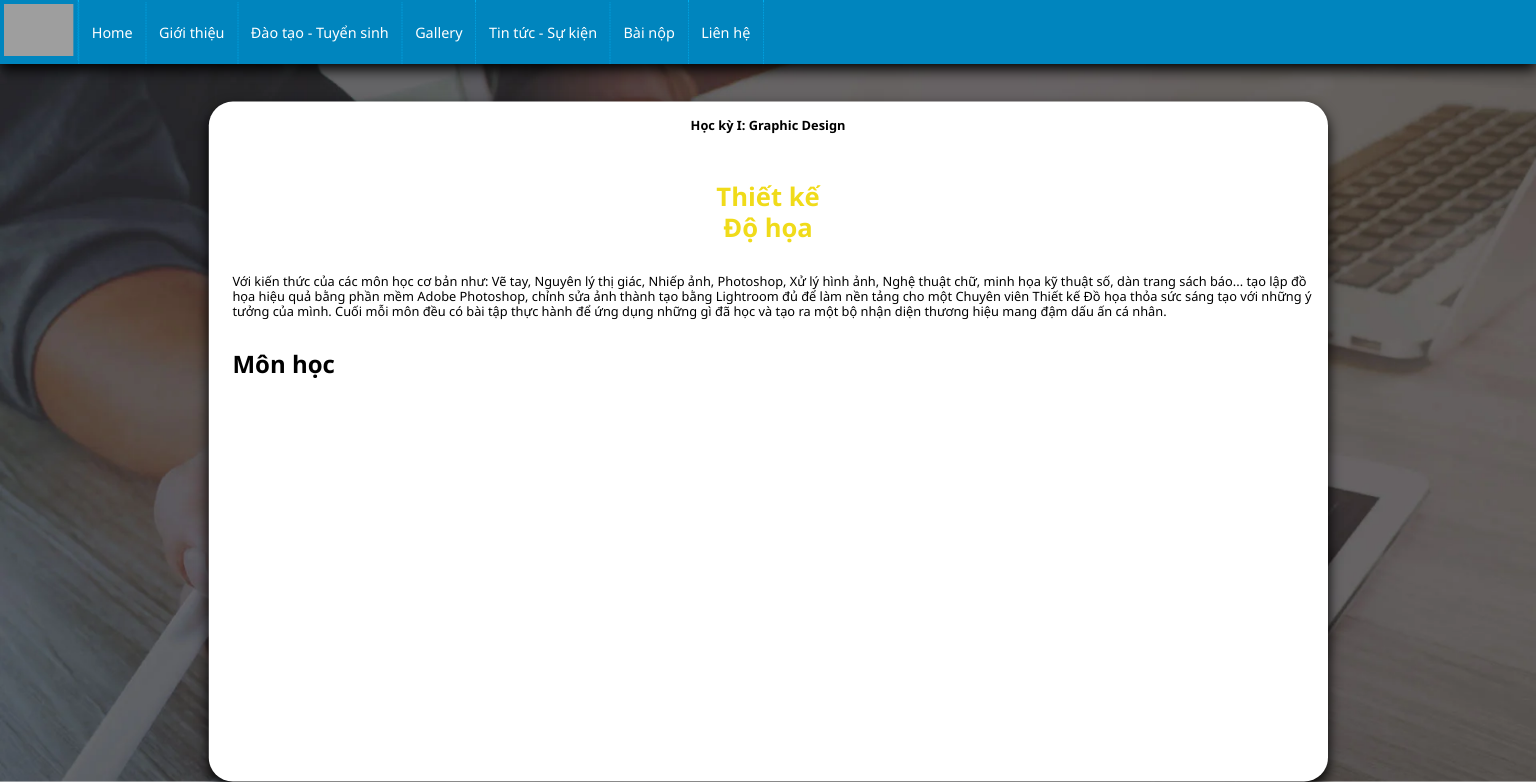
Repository: arena-dttan/dcw-final-exam-d2107m1
Page: final-list/DCW_Final_5_Nguyen-Thi-Thu-Huong_D2107M1/chuong-trinh-dao-tao.html
These files come from the project's save history. The page is drawn as it stood at one moment and after the next save; the edit follows.
The browser window is 1280 px wide. The page is 1920 px wide, so the pictures cover 1920 px, including what lies to the right of the window. The pictures show the whole page, at 80% of full size.
Pictures or frames that could not be fetched are drawn as grey boxes.

Above is the page before, as saved 2022-06-26 19:59:46.

### final-list/DCW_Final_5_Nguyen-Thi-Thu-Huong_D2107M1/chuong-trinh-dao-tao.html
<!DOCTYPE html>
<html>
<head>
    <meta charset="UTF-8">
    <link rel="stylesheet" href="index.css">
    <link rel="icon" href="./images/favicon.ico" />

</head>
<head>
    <!-- Các meta (siêu dữ liệu) -->
    <meta http-equiv="Content-Type" content="text/html; charset=utf-8" />

    <!-- Tiêu đề hiển thị trên thanh địa chỉ trình duyệt -->
    <title>Chương trình đào tạo</title>

    <!-- icon trên thanh địa chỉ trình duyệt -->
    <link rel="icon" href="./images/favicon.ico" />

    <!-- Sử dụng font google -->
    <link rel="preconnect" href="https://fonts.googleapis.com">
    <link rel="preconnect" href="https://fonts.gstatic.com" crossorigin>
    <link href="https://fonts.googleapis.com/css2?family=Roboto:wght@100&display=swap" rel="stylesheet">

    <!-- external css -->
    <link rel="stylesheet" href="./css/style.css">
    <link rel="stylesheet" href="./css/menu.css">
    <link rel="stylesheet" href="./index.css">

</head>
<body id="container">


    <div id="main-menu">
        <ul class="menu">
            <li ><img style="height: 65px; margin: 5px;;" src="images/logo.webp" alt="logo"> </li>
            <li class="home">
            <a href="./index.html"> Home</a>
            </li>
            <li>
            <a href="./gioi-thieu.html"> Giới thiệu</a>
            </li>
            <li class="dropdown">
            <a class="dropdown-btn"> Đào tạo - Tuyển sinh</a>
            <div class="dropdown-content">
                <a href="./chuong-trinh-dao-tao.html">Đào tạo</a>
                <a href="./tuyen-sinh.html">Tuyển sinh</a>
            </div>
            <li>
                <a href="./gallery.html"> Gallery</a>
            </li>
            <li>
                <a href="./tin-tuc.html"> Tin tức - Sự kiện</a>
            </li>
            <li>
                <a href="./final-exam-list.html">Bài nộp</a>
            </li>

            <li>
                <a href="#">Liên hệ</a>
            </li>
            </li>
        </ul>
        <!-- id main content -->
        <div id="main-content-daotao">
            <div id="box-container"><b class="text-hocky">Học kỳ I: Graphic Design</b>
                <div class="content">
                    <h1 style="color:rgb(240, 219, 26);">Thiết kế <br>Độ họa</h1>
                    <br>
                    <br>
                        <p class="text"> Với kiến thức của các môn học cơ bản như: Vẽ tay, Nguyên lý thị giác, Nhiếp
                            ảnh, Photoshop, Xử lý hình ảnh, Nghệ thuật chữ, minh họa kỹ thuật số, dàn
                            trang sách báo... tạo lập đồ họa hiệu quả bằng phần mềm Adobe Photoshop,
                            chỉnh sửa ảnh thành tạo bằng Lightroom đủ để làm nền tảng cho một
                            Chuyên viên Thiết kế Đồ họa thỏa sức sáng tạo với những ý tưởng của mình.
                            Cuối mỗi môn đều có bài tập thực hành để ứng dụng những gì đã học và tạo
                            ra một bộ nhận diện thương hiệu mang đậm dấu ấn cá nhân.
                            <br>
                            <br>
                            <br>
                        </p>
                        <h3><b>Môn học</b></h3>

                    </div>
                </div>
            </div>

        </div>
    </div>
</body>
</body>
</html>

### final-list/DCW_Final_5_Nguyen-Thi-Thu-Huong_D2107M1/index.css
/* Sử dụng cho định dạng main menu */
body, html {
    height: 100%;
    width: 1920px;
    background-image: url('images/head-bg.webp'); width: 1920px; height: 100%; background-repeat: no-repeat;
    font-family: 'Segoe UI';

}
* {
    margin: 0;
    padding: 0;
    box-sizing: border-box;
    align-items: center;
}
body {
    position: absolute;
}
#container {
    width: 1920px;
    height: 100%;
    justify-content: center;
    margin: 0;
    padding: 0;
}
#main-menu {
    max-width: 1920px;
    height: 100px;
    margin: 0;
    padding: 0;
}
.menu {
    height: 80px;
    line-height: 80px;
    text-align: center;
    justify-content: center;
    display: inline-block;
}
ul {
    list-style-type: none;
    overflow: hidden;
    background-color: #0085be;
    width: 100%;
    box-shadow: 0 8px 16px 0 rgba(0, 0, 0, 2);
    display: inline-block;
}
.home {
    border-left: 0.01em dotted #00aeef;
}
li {
    float: left;
    border-right: 0.01em dotted #00aeef;
    font-size: 18px;
}

li.dropdown {
    display: inline-block;
    min-width: 100px;
}

li a:hover,
.dropdown:hover {
    background: #00aeef;
}

li a,
.dropdown-btn {
    display: inline-block;
    color: white;
    text-align: center;
    padding: 0 16px;
    text-decoration: none;
}
.dropdown-content {
    display: none;
    position: absolute;
    background: #F8C800;
    background: #0085be;
    min-width: 200px;
    border-bottom: 0.01em dotted #00aeef;
    box-shadow: 0 8px 16px 0 rgba(0, 0, 0, 2);
    z-index: 1;
    top: 80px;
    transition: all .3s ease-in-out;
}
.dropdown-content a {
    color: white;
    padding: 10px 16px;
    text-decoration: none;
    display: block;
    text-align: center;
    line-height: 2;
}
.dropdown-content a:hover {
    background: #00aeef;
}
.dropdown:hover .dropdown-content {
    display: block;
}

.text {
    margin-left: 40px;
    padding-top: 150px;
}
.button {

    font-size: 18px;
    font-weight: bold;
    width: 180px;
    height: 50px;
    background: #F8C800;
    border-radius: 40px;
    border-color: inherit;
    border-style: none;
    color: white;
    margin-top: 390px;
    margin-left: 70px;
    display: block;
    position: absolute;
}
#main-content {
    width: 1920px;
    height: 100%;
    margin: 0;
    padding: 0;
    display: inline-block;
    align-items: center;
    justify-content: center;

}
#box-container {
    background-color: rgb(255, 255, 255);
    box-shadow: 0 8px 16px 0 rgba(0, 0, 0, 2);
    margin-top: 43px;
    background-color: rgb(255, 255, 255);
    box-shadow: 0 8px 16px 0 rgb(0 0 0);
    width: 1399px;
    height: 850px;
    border-radius: 55px;
    margin-left: auto;
    margin-right: auto;
    border-radius: 30px;

}
.content {
    margin: 30px;
    padding-top: 30px;
}
h1 {
    text-align: center;
}
p {
    float: left;
    position: relative;
    width: 600px;
    height: 350px;
    margin-left: 285px;
    text-align: justify;
}
span {
    position: relative;
    left: 65px;
}
img {
    float: left;
}
.clear {
    clear: both;
}
.text2 p {
    float: left;
    position: relative;
    text-align: justify;
    margin-left: 0;
    width: 500px;
    height: 350px;
}
.text2 span {
    position: relative;
    float: left;
    text-align: justify;
}
.img2 {
    float: left;
    margin-left: 245px;
    margin-top: 0;
}
#main-content-daotao {
    width: 1920px;
    height: 100%;
    margin: 0;
    padding: 0;

}
p.text {
    text-align: left;
    width: 1350px;
    height: 100%;
    margin-left: 0;
    padding: 0;
    text-align: left;

}
b.text-hocky {
    padding-top: 20px;
    position: relative;
    text-align: center;
    display: inline-block;
}
h3 {
    text-align: left;
    width: 1350px;
    height: 100%;
    margin-left: 0;
    padding: 0;
    text-align: left;
    font-size: 30px;
}

ul.a {
    all: unset
}

### final-list/DCW_Final_5_Nguyen-Thi-Thu-Huong_D2107M1/css/style.css
html {
    box-sizing: border-box;
    width: 100%;
    height: 100%;
}

body {
    width: 100%;
    height: 100%;
    background: url("../images/head-bg.webp");
    font-size: 16px;
    font-family: 'Segoe UI', Tahoma, Geneva, Verdana, sans-serif;
    line-height: 1.2;
}

* {
    margin: 0;
    padding: 0;
}

*,
*:before,
*:after {
    box-sizing: border-box;
}

input,
textarea,
select,
button {
    outline: none;
}

input {
    line-height: normal;
}

label,
button {
    cursor: pointer;
}

a {
    text-decoration: none;
}

img {
    display: block;
    max-width: 100%;
}

#container {
    width: 100%;
    height: 100%;
    text-align: center;
}

#logo {
    float: left;
}

#logo img {
    width: 130px;
    padding: 10px;
}

#header {
    background: #0085be;
    box-shadow: 0 8px 16px 0 rgba(0, 0, 0, 2);
}

#banner img {
    height: 500px;
    width: 100%;
}

#content-index {
    margin: 100px 10px 10px 50px;
}

.btn {
    width: 150px;
    height: 40px;
    line-height: 40px;
    background: #F8C800;
    display: block;
    text-align: center;
    text-transform: uppercase;
    font-weight: bold;
    border-radius: 2em;
    -webkit-border-radius: 2em;
    -moz-border-radius: 2em;
    -ms-border-radius: 2em;
    -o-border-radius: 2em;
    margin: 20px 50px;
}

.btn a {
    color: white;
}

#main-content {
    background: none;
    min-height: 400px;
    margin: 40px;
}

#main-page {
    background: white;
    color: black;
    border: 1px solid blue;
    border-radius: 3em;
    width: 80%;
    min-height: 400px;
    padding: 20px;
    display: inline-block;
    box-sizing: border-box;
    margin-bottom: 40px;
}

.content img {
    width: 450px;
    height: 250px;
}

.text-uppercase {
    text-transform: uppercase;
}

.main-title {
    color: #F8C800;
    font-size: 30px;
    font-weight: 700 !important;
    margin: 30px 0;
}

.normal-list {
    list-style-type: disc;
    margin: 10px;
    padding: 10px;
    overflow: visible;
    background: none;
}

.normal-list li {
    clear: both;
}

h4 {
    text-align: left;
    font-size: 20px;
}

h3 {
    padding-bottom: 20px;
}

hr {
    margin: 10px 0;
}

p {
    text-align: justify;
}

### final-list/DCW_Final_5_Nguyen-Thi-Thu-Huong_D2107M1/css/menu.css
/* Sử dụng cho định dạng main menu */

.menu {
    height: 80px;
    line-height: 80px;
}

.home {
    border-left: 0.01em dotted #00aeef;
}

ul {
    list-style-type: none;
    margin: 0;
    padding: 0;
    overflow: hidden;
    /* background: #F8C800; */
    background: #0085be;
    /* box-shadow: 0 8px 16px 0 rgba(0, 0, 0, 2); */
}

li {
    float: left;
    border-right: 0.01em dotted #00aeef;
    font-size: 18px;
}

li.dropdown {
    display: inline-block;
    min-width: 100px;
}

li a:hover,
.dropdown:hover {
    background: #00aeef;
}

li a,
.dropdown-btn {
    display: inline-block;
    color: white;
    text-align: center;
    padding: 0 16px;
    text-decoration: none;
}

.dropdown-content {
    display: none;
    position: absolute;
    /*background: #F8C800;
    */
    background: #0085be;
    min-width: 200px;
    border-bottom: 0.01em dotted #00aeef;
    box-shadow: 0 8px 16px 0 rgba(0, 0, 0, 2);
    z-index: 1;
    top: 80px;
    transition: all .3s ease-in-out;
}

.dropdown-content a {
    color: white;
    padding: 10px 16px;
    text-decoration: none;
    display: block;
    text-align: center;
    line-height: 2;
}

.dropdown-content a:hover {
    background: #00aeef;
}

.dropdown:hover .dropdown-content {
    display: block;
}

After the next save:
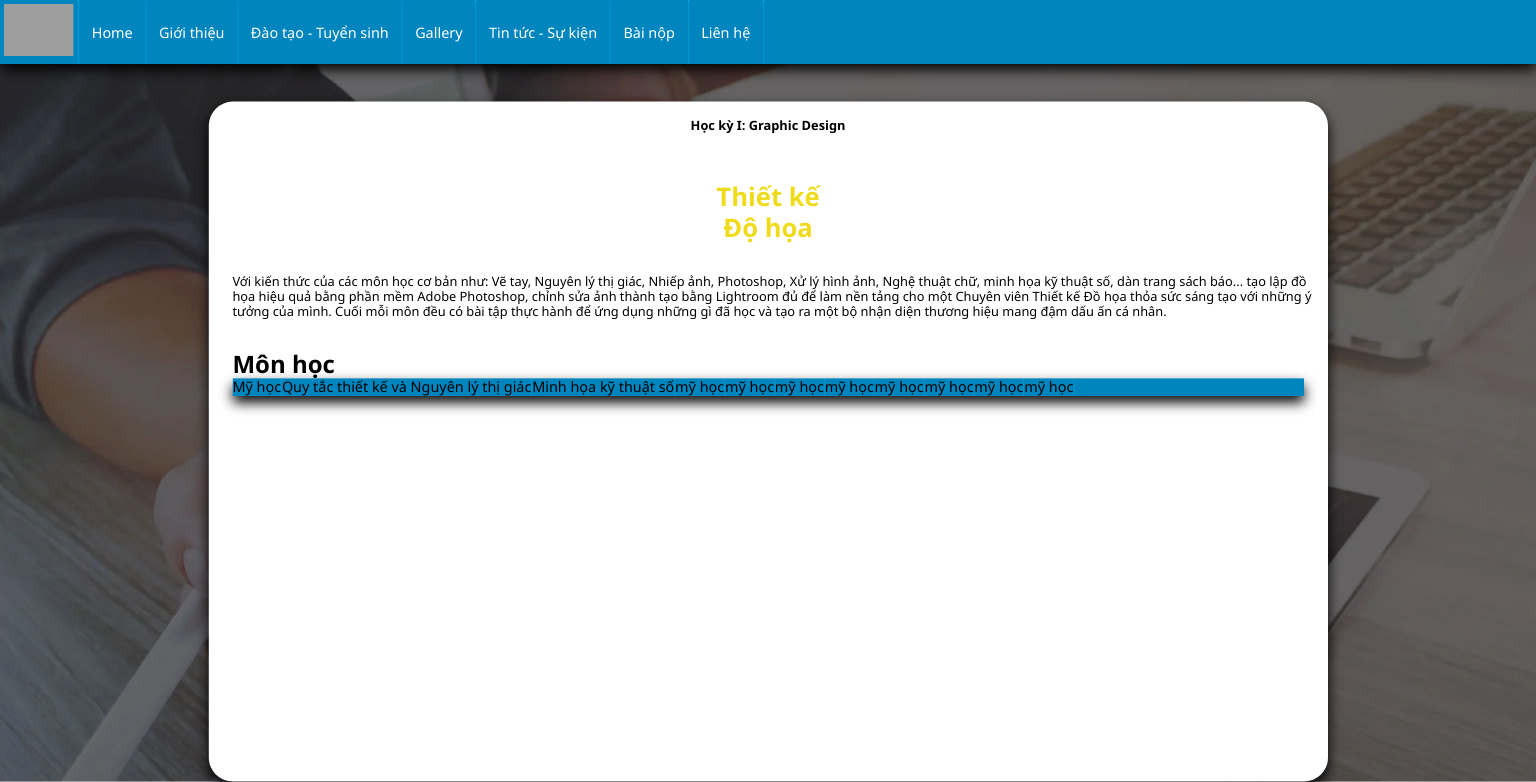
Saved 4 s later.
--- a/final-list/DCW_Final_5_Nguyen-Thi-Thu-Huong_D2107M1/chuong-trinh-dao-tao.html
+++ b/final-list/DCW_Final_5_Nguyen-Thi-Thu-Huong_D2107M1/chuong-trinh-dao-tao.html
@@ -79,7 +79,19 @@
                             <br>
                         </p>
                         <h3><b>Môn học</b></h3>
-
+                        <ul id="a">
+                            <li>Mỹ học</li>
+                            <li>Quy tắc thiết kế và Nguyên lý thị giác</li>
+                            <li>Minh họa kỹ thuật số</li>
+                            <li>mỹ học</li>
+                            <li>mỹ học</li>
+                            <li>mỹ học</li>
+                            <li>mỹ học</li>
+                            <li>mỹ học</li>
+                            <li>mỹ học</li>
+                            <li>mỹ học</li>
+                            <li>mỹ học</li>
+                           </ul>
                     </div>
                 </div>
             </div>
